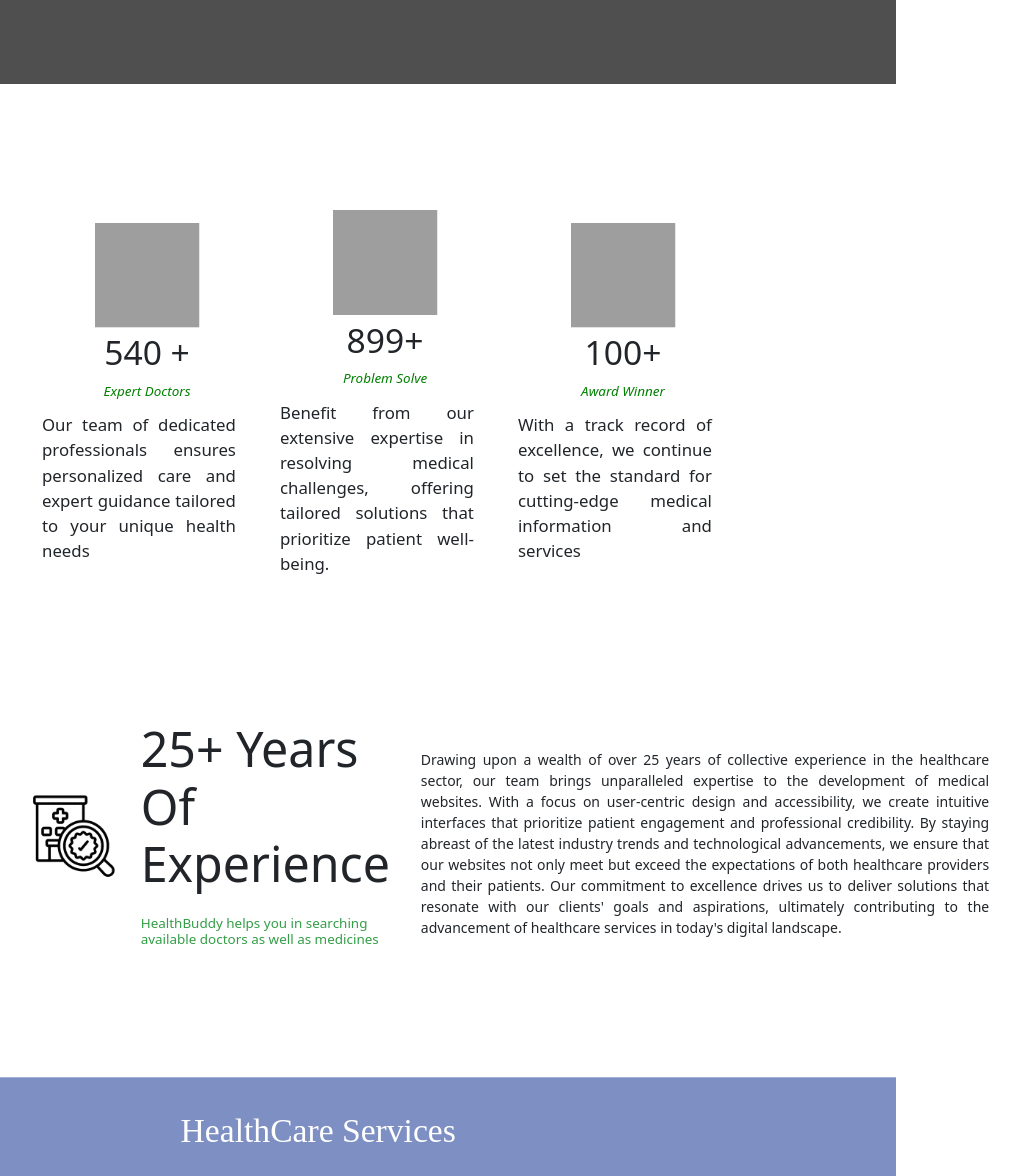
Repository: WajihaGul/MedicalApp-Frontend
Page: /
These files come from the project's save history. The page is drawn as it stood at one moment and after the next save; the edit follows.
The browser window is 1280 px wide. The page is 1457 px wide, so the pictures cover 1457 px, including what lies to the right of the window. The pictures show the part of the page from y = 600 to 2280 px (the page is 4685 px tall before and 4394 px after), at 70% of full size.
Pictures or frames that could not be fetched are drawn as grey boxes. The project was rebuilt for these pictures with package versions that can differ from the ones it lists, and the page was loaded fresh each time. Also part of the build but not shown: vite.config.js, src/index.css, src/App.css, src/Components/PharmacyGrid/PharmacyGrid.module.css, src/Components/DeletePopup/DeletePopup.module.css, src/Components/DeletePopup/DeletePopup.jsx, src/Components/PharmacyGrid/PharmacyGrid.jsx, src/Pages/Pharmacy.jsx and 38 more.

Above is the page before, as saved 2024-06-09 13:45:55.

After the next save:
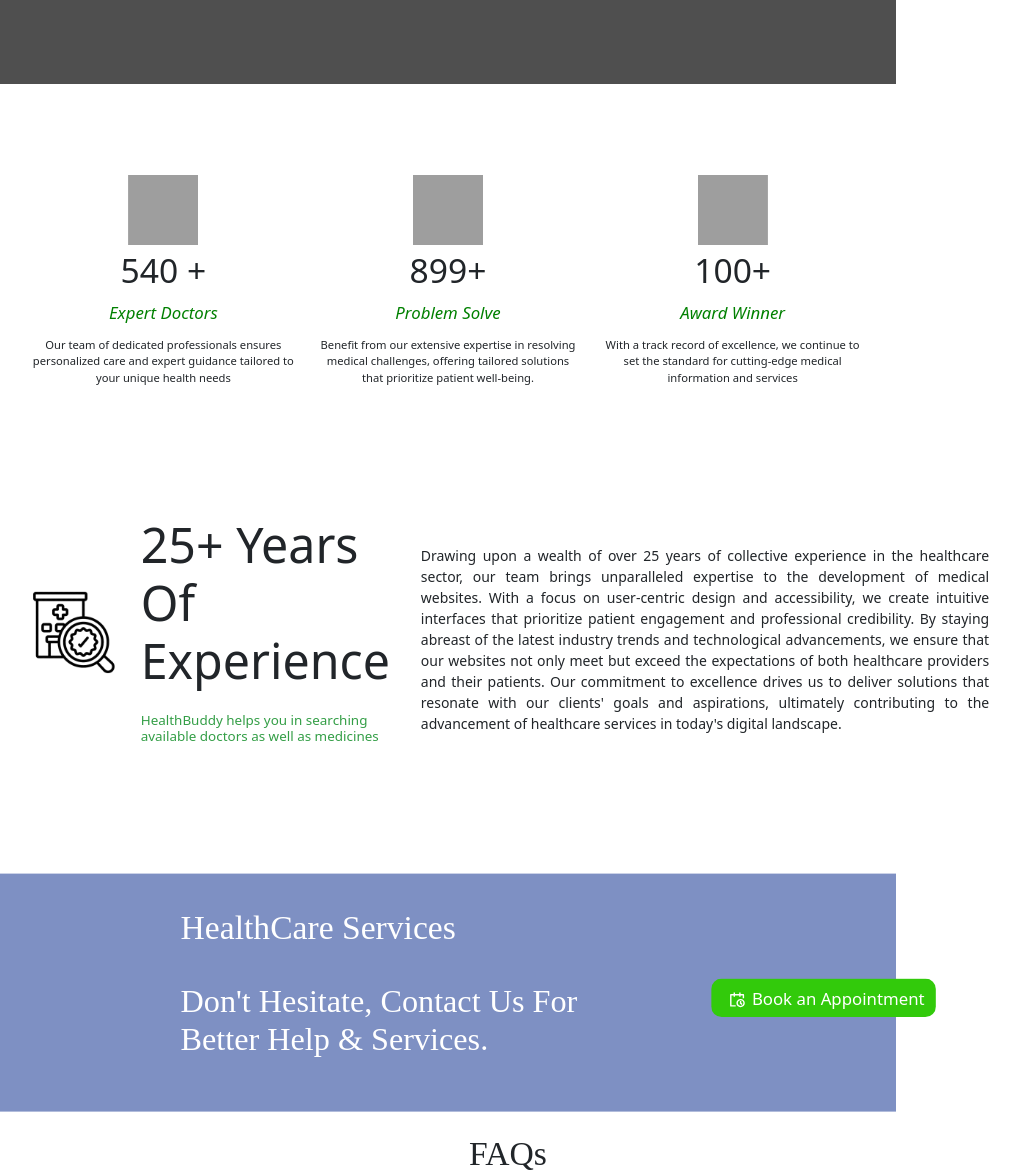
Saved 6 min 59 s later.
--- a/src/Components/Accomplishments/Accomplishments.module.css
+++ b/src/Components/Accomplishments/Accomplishments.module.css
@@ -1,60 +1,40 @@
-.container{
-    margin:0 auto;
-    width: 1200px;
-    padding-top: 30px;
-    padding-bottom: 30px;
-    margin-top: 30px;
+.container {
+    max-width: 100%;
+    padding: 30px;
     display: flex;
     flex-direction: column;
-}
-.innerContainer{
-    display: flex;
-    flex-direction: row;
-}
-.column1 , .column2 , .column3{
-    display: flex;
-    flex-direction: column;
-    justify-content: center;
     align-items: center;
-}
-.explanationi{
-    font-size: xxx-large;
-    font-weight: 700px;
-}
+  }
 
-.explanationii{
-    color: green;
-    font-size: larger;
-    font-style: italic;
-    margin-top: -12px;
-}
-
-.explanationiii{
-    text-align: justify;
-    margin-right: 23px;
-    font-size:24px;
-}
-
-.cols_img{
-    height: 150px;
-    width: 150px;
-    align-items: center !important;
-    justify-content: center !important;
-}
-.container {
+  .innerContainer {
     display: flex;
     flex-wrap: wrap;
     justify-content: center;
+    gap: 30px; /* Add gap between columns */
   }
 
   .column1, .column2, .column3 {
-    width: 100%;
-    max-width: 300px; /* Adjust max-width as needed */
-    margin: 20px;
+    width: calc(33.33% - 30px); /* Adjust column width for responsiveness */
+    text-align: center;
   }
 
-  @media (min-width: 768px) {
-    .column1, .column2, .column3 {
-      width: calc(33.33% - 40px); /* Adjust spacing between columns */
-    }
+  .cols_img {
+    width: 100px; /* Adjust image size */
+    height: 100px; /* Adjust image size */
   }
+
+  .explanationi {
+    font-size: 3em; /* Adjust font size */
+  }
+
+  .explanationii {
+    color: green;
+    font-size: 1.5em; /* Adjust font size */
+    font-style: italic;
+    margin-top: -10px; /* Adjust margin */
+  }
+
+  .explanationiii {
+    font-size: 1em; /* Adjust font size */
+    text-align: center;
+  }
